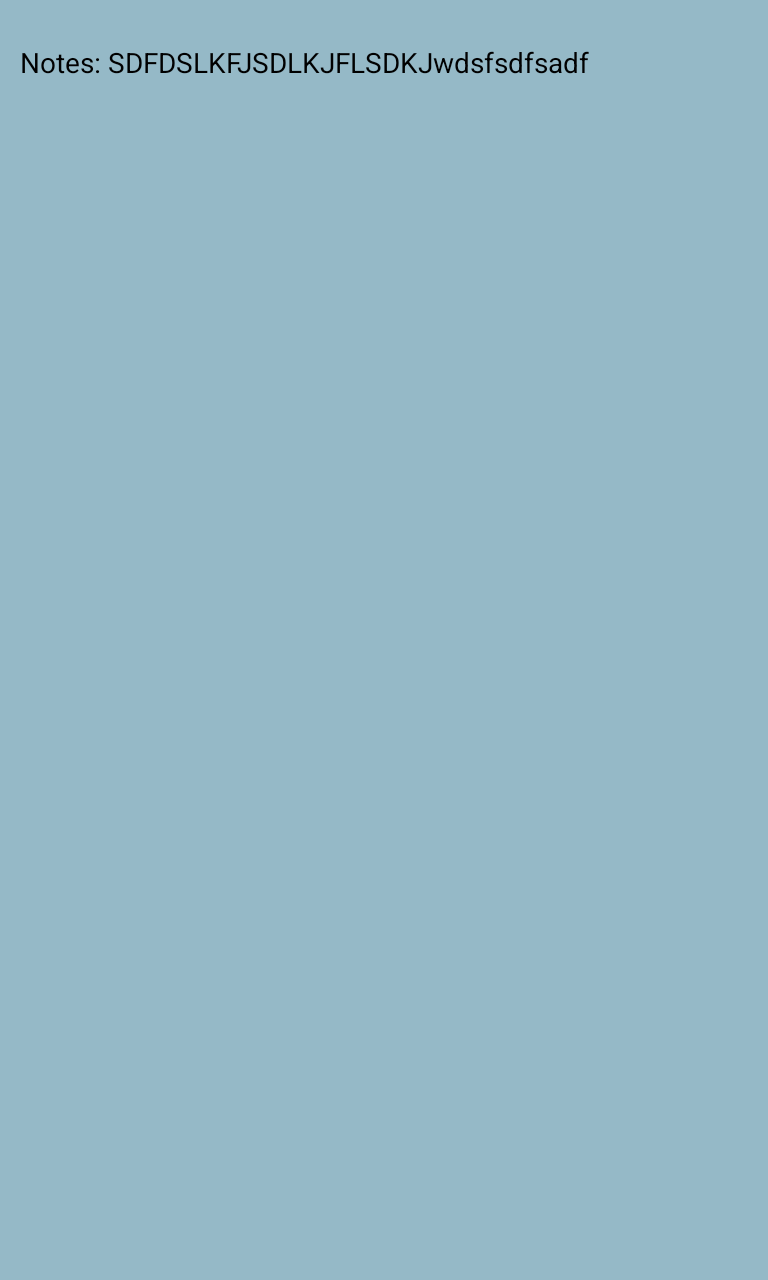
Repository: davidwiggy/MyWeek
Layout: MyWeek/res/layout/mydaylistviewlayout.xml
An editor plug-in stored every save of this project. The layout is shown before and after the next save, followed by the edit.
It is drawn on a 768 x 1280 px phone screen (xhdpi) without system bars, with theme AppTheme; the app's code is not run.

Above is the layout before, as saved 2013-12-09 16:15:19.

### MyWeek/res/layout/mydaylistviewlayout.xml
<?xml version="1.0" encoding="utf-8"?>
<LinearLayout xmlns:android="http://schemas.android.com/apk/res/android"
    android:layout_width="match_parent"
    android:layout_height="match_parent"
    android:orientation="vertical"
    android:background="@color/BabyBlue">

    <TextView
	    android:id="@+id/tvPatientNameMyDayListViewLayout"
	    android:layout_width="wrap_content"
	    android:layout_height="wrap_content"
	    android:textColor="@color/black"
	    android:textSize="16sp"  />
    <LinearLayout
        android:layout_width="match_parent"
        android:layout_height="match_parent"
        android:orientation="horizontal">

        <TextView
            android:id="@+id/tvlblNotesMyDayListViewLayout"
            android:layout_width="wrap_content"
            android:layout_height="wrap_content"
            android:layout_marginLeft="10dp"
            android:textColor="@color/black"
            android:textSize="14sp"
            android:text="Notes: "/>
        <TextView
            android:id="@+id/tvNotesMydDayListViewLayout"
            android:layout_width="wrap_content"
            android:layout_height="wrap_content"
            android:textColor="@color/black"
            android:textSize="14sp"
            android:text="SDFDSLKFJSDLKJFLSDKJwdsfsdfsadf"
            />

    </LinearLayout>

</LinearLayout>

### MyWeek/res/values/strings.xml
<?xml version="1.0" encoding="utf-8"?>
<resources>

    <string name="app_name">My Week</string>
    <string name="action_settings">Settings</string>
    <string name="lblFridayText">Friday</string>
    <string name="lblThursdayText">Thursday</string>
    <string name="lblWednesdayText">Wednesday</string>
    <string name="lblTuesdayText">Tuesday</string>
    <string name="lblMondayText">Monday</string>
    <string name="my_weekTitle">My Week</string>

    <color name="Gunmetal">#2C3539</color>
    <color name="BabyBlue">#95B9C7</color>
	<color name="black">#000000</color>
	<color name="yellow2">#F9F89D</color>
    <color name="orange4">#F7BE45</color>
    <color name="orange5">#F7D896</color>
    <color name="grey05">#ACA899</color>
    <string-array name="days_array">
        <item>Select A Day</item>
        <item>Clear Schedule</item>
        <item >Monday</item>
        <item >Tuesday</item>
        <item >Wednesday</item>
        <item >Thursday</item>
        <item >Friday</item>

    </string-array>
        <string name="lblButtonBack">Back</string>
        <string name="lblButtongo_to_day">Go To Day</string>
        <string name="btn_lbl_my_week_main">My Week</string>
        <string name="lbl_welcome_to_my_week_main">Welcome To My Week</string>
        <string name="btn_txt_lbl_Totals_Main">Totals</string>
        <string name="btn_lbl_Finished_Main">Finished</string>
        <string name="btn_lbl_manage_clients_main">Manage Clients</string>
        <string name="btnlblBackManageClients">Back</string>
        <string name="btnlblAddManageClients">Add</string>
        <string name="btnlblScheduleManageClients">Schedule</string>
        <string name="btnlblDeleteManageClients">Delete All</string>
        <string name="edittextlblPatientNameManageClients">Enter Patient Name</string>
        <string name="lblManagePatients">Manage Patients</string>
        <string name="lblCurrentPatientsManageClients">Current Patients</string>
        <string name="btnlblAddMyDayPage">Add</string>
        <string name="btnlblRescheduleMyDayPage">Reschedule Patient</string>
        <string name="btnlblBackMyDayPage">Back</string>
        <string name="btnClearScheduleMyWeekPage">Clear Schedule</string>
        <string name="lblspinnerSelectPatientMyDay">(Select a Patient to add to the day or to Add/View notes.)</string>
        <string name="btnlblChangeDay">Change Day</string>
        <string name="lblNotesHeader">Notes</string>
        <string name="btnlblAddNoteNotesPage">Add Note</string>
        <string name="btnlblBackNotesPage">Back</string>
        <string name="btnlblAddNotesMyDay">Add/View Notes</string>
        <string name="txtlblhintHoldPatientNameToDeleteManageClients">(Hold Patient name to Delete)</string>
        <string name="txtlblHintRemovePatientMyDay">(Hold patient name to remove)</string>
        <string name="lblTotalsHeader">Totals</string>
        <string name="btnlblBackTotalPage">Back</string>
        <string name="txtlblHintRescheduleMyDay">(Tap patient name to reschedule)</string>

</resources>

Loaded but not shown: MyWeek/res/values/styles.xml (common file); MyWeek/res/values-v11/styles.xml (common file); MyWeek/res/values-v14/styles.xml (common file)

After the next save:
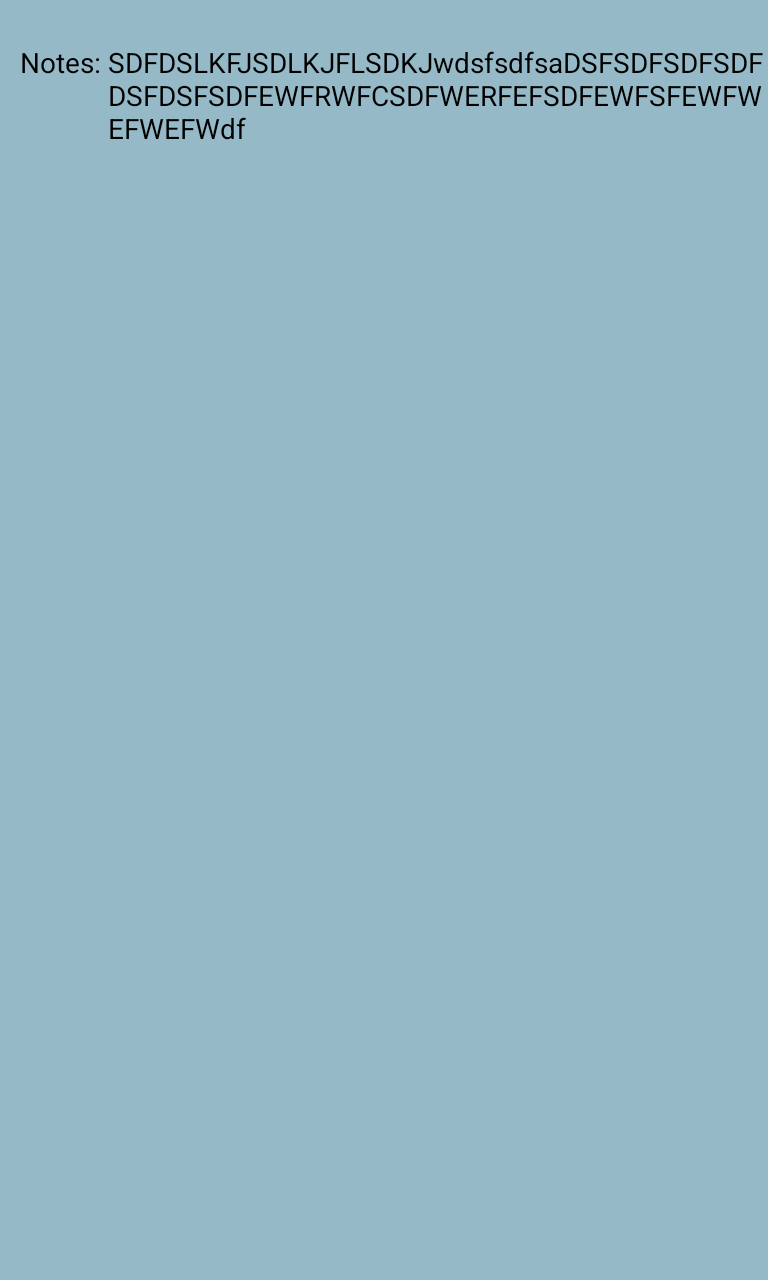
Saved 64 s later.
--- a/MyWeek/res/layout/mydaylistviewlayout.xml
+++ b/MyWeek/res/layout/mydaylistviewlayout.xml
@@ -30,7 +30,7 @@
             android:layout_height="wrap_content"
             android:textColor="@color/black"
             android:textSize="14sp"
-            android:text="SDFDSLKFJSDLKJFLSDKJwdsfsdfsadf"
+            android:text="SDFDSLKFJSDLKJFLSDKJwdsfsdfsaDSFSDFSDFSDFDSFDSFSDFEWFRWFCSDFWERFEFSDFEWFSFEWFWEFWEFWdf"
             />
 
     </LinearLayout>
